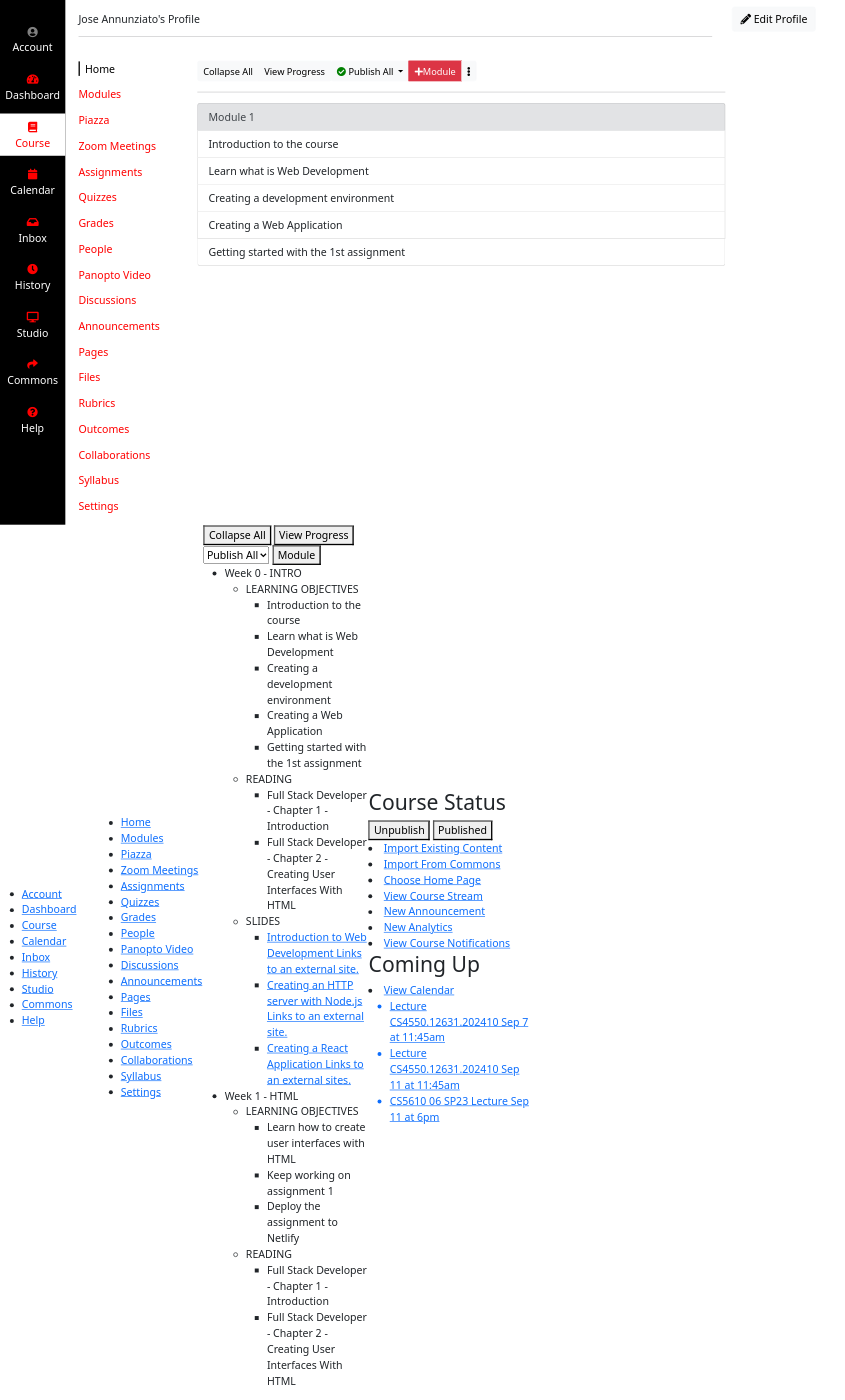
Repository: yuqiant/kanbas-react-web-app
Page: public/kanbas/home.html
An editor plug-in stored every save of this project. The page is shown before and after the next save, followed by the edit.
The browser window is 1280 px wide. The pictures show the whole page, at 66% of full size.

Above is the page before, as saved 2023-10-04 20:49:07.

### public/kanbas/home.html
<!DOCTYPE html>
<html lang="en">

<head>
    <meta charset="UTF-8">
    <meta name="viewport" content="width=device-width, initial-scale=1.0">
    <title>Flexbox Layout</title>
    <link rel="stylesheet" href="../vendors/fontawesome/css/all.min.css">
    <link rel="stylesheet" href="../vendors/bootstrap/css/bootstrap.min.css" />
    <link href="course/courseNavigation.css" rel="stylesheet" />
</head>

<body>
    <div class="flex-container">
        <div class="left-column">

            <ul>
                <li><i class="fa fa-user-circle fa-inverse" style="color: grey;"></i><a
                        href="../account/account.html">Account</a> </li>
                <li><i class="fas fa-tachometer-alt" style="color: red;"></i><a href="#">Dashboard</a></li>
                <li class="active"><i class="fas fa-book" style="color: red;"></i><a href="../coursecol.html"
                        style="color: red;">Course</a>
                </li>
                <li><i class="fas fa-calendar" style="color: red;""></i><a href=" #">Calendar</a></li>
                <li><i class="fas fa-inbox" style="color: red;"></i><a href="#">Inbox</a></li>
                <li><i class="fas fa-clock" style="color: red;"></i><a href="#">History</a></li>
                <li><i class="fas fa-desktop" style="color: red;"></i><a href="#">Studio</a></li>
                <li><i class="fas fa-share" style="color: red;"></i><a href="#">Commons</a></li>
                <li><i class="fas fa-question-circle" style="color: red;"></i><a href="#">Help</a></li>
            </ul>

        </div>
        <div class="right-column">

            <div class="right-top">
                <h6>Jose Annunziato's Profile</h6>
                <hr />


            </div>
            <div class="right-bottom">


                <div class="right-bottom-item1">


                    <ul>
                        <li class="active"><a href="home.html" style="color: black;">Home</a></li>
                        <li><a href="#">Modules</a></li>
                        <li><a href="#">Piazza</a></li>
                        <li><a href="#">Zoom Meetings</a></li>
                        <li><a href="assignment/index.html">Assignments</a></li>
                        <li><a href="#">Quizzes</a></li>
                        <li><a href="grades.html">Grades</a></li>
                        <li><a href="#">People</a></li>
                        <li><a href="#">Panopto Video</a></li>
                        <li><a href="#">Discussions</a></li>
                        <li><a href="#">Announcements</a></li>
                        <li><a href="#">Pages</a></li>
                        <li><a href="#">Files</a></li>
                        <li><a href="#">Rubrics</a></li>
                        <li><a href="#">Outcomes</a></li>
                        <li><a href="#">Collaborations</a></li>
                        <li><a href="#">Syllabus</a></li>
                        <li><a href="coursesetting.html">Settings</a></li>
                    </ul>
                </div>

                <div class="right-bottom-item2">
                    <!-- <button class="btn btn-light btn-sm">Collapse All</button>
                    <button class="btn btn-light btn-sm">View Progress</button>
                    <div class="dropdown">
                        <button class="btn btn-light btn-sm dropdown-toggle" type="button" data-bs-toggle="dropdown"
                            aria-expanded="false">
                            Dropdown button
                        </button>
                        <ul class="dropdown-menu">
                            <li><a class="dropdown-item" href="#">Action</a></li>
                            <li><a class="dropdown-item" href="#">Another action</a></li>
                            <li><a class="dropdown-item" href="#">Something else here</a></li>
                        </ul>
                    </div>
                    <button class="btn btn-danger btn-sm">Module</button> -->

                    <div class="btn-group" style="margin-right: -5px;">
                        <button class="btn btn-light btn-sm">Collapse All</button>
                        <button class="btn btn-light btn-sm">View Progress</button>

                        <div class="dropdown">
                            <button class="btn btn-light btn-sm dropdown-toggle" type="button" data-bs-toggle="dropdown"
                                aria-expanded="false"><i class="fa fa-check-circle" aria-hidden="true"
                                    style="color: green;"></i>
                                Publish All
                            </button>
                            <ul class="dropdown-menu">
                                <li><a class="dropdown-item" href="#">Action</a></li>
                                <li><a class="dropdown-item" href="#">Another action</a></li>
                                <li><a class="dropdown-item" href="#">Something else here</a></li>
                            </ul>
                        </div>
                        <button class="btn btn-danger btn-sm"><i class="fa fa-plus"
                                aria-hidden="true"></i>Module</button>
                        <button class="btn btn-light btn-sm"><i class="fa fa-ellipsis-v"
                                aria-hidden="true"></i></button>
                    </div>
                    <hr />


                    <!-- Module 1 -->
                    <div class="list-group mb-4">
                        <a href="#" class="list-group-item list-group-item-secondary">Module 1</a>
                        <a href="#" class="list-group-item">Introduction to the course</a>
                        <a href="#" class="list-group-item">Learn what is Web Development</a>
                        <a href="#" class="list-group-item">Creating a development environment</a>
                        <a href="#" class="list-group-item">Creating a Web Application</a>
                        <a href="#" class="list-group-item">Getting started with the 1st assignment</a>
                    </div>
                </div>


            </div>




        </div>
        <div class="right-bottom-item">
            <form action="edit.html" method="get">
                <button class="btn btn-light"><i class="fas fa-pencil-alt"></i> Edit Profile</button>

            </form>



        </div>
    </div>
    </div>
    </div>
</body>

<body>
    <table>
        <tr>
            <td id="firstColumn" style="width: 150px;">
                <ul>
                    <li><a href="account/account.html">Account</a></li>
                    <li><a href="#">Dashboard</a></li>
                    <li><a href="coursecol.html">Course</a></li>
                    <li><a href="#">Calendar</a></li>
                    <li><a href="#">Inbox</a></li>
                    <li><a href="#">History</a></li>
                    <li><a href="#">Studio</a></li>
                    <li><a href="#">Commons</a></li>
                    <li><a href="#">Help</a></li>
                </ul>
            </td>
            <td id="secondColumn" style="width: 150px;">
                <ul>
                    <li><a href="home.html">Home</a></li>
                    <li><a href="#">Modules</a></li>
                    <li><a href="#">Piazza</a></li>
                    <li><a href="#">Zoom Meetings</a></li>
                    <li><a href="assignment/index.html">Assignments</a></li>
                    <li><a href="#">Quizzes</a></li>
                    <li><a href="grades.html">Grades</a></li>
                    <li><a href="#">People</a></li>
                    <li><a href="#">Panopto Video</a></li>
                    <li><a href="#">Discussions</a></li>
                    <li><a href="#">Announcements</a></li>
                    <li><a href="#">Pages</a></li>
                    <li><a href="#">Files</a></li>
                    <li><a href="#">Rubrics</a></li>
                    <li><a href="#">Outcomes</a></li>
                    <li><a href="#">Collaborations</a></li>
                    <li><a href="#">Syllabus</a></li>
                    <li><a href="coursesetting.html">Settings</a></li>
                </ul>
            </td>
            <td id="thirdColumn" style="width: 250px;">
                <button type="button">Collapse All</button>
                <button type="button">View Progress</button>

                <select id="select-one">
                    <option value="ALL">Publish All</option>

                </select>
                <button type="button">Module</button>


                <ul>
                    <li>Week 0 - INTRO
                        <ul>
                            <li>LEARNING OBJECTIVES
                                <ul>
                                    <li>Introduction to the course</li>
                                    <li>Learn what is Web Development</li>
                                    <li>Creating a development environment</li>
                                    <li>Creating a Web Application</li>
                                    <li>Getting started with the 1st assignment</li>
                                </ul>
                            </li>
                            <li>READING
                                <ul>
                                    <li>Full Stack Developer - Chapter 1 - Introduction</li>
                                    <li>Full Stack Developer - Chapter 2 - Creating User Interfaces With HTML</li>
                                </ul>
                            </li>
                            <li>SLIDES
                                <ul>
                                    <li><a href="#">Introduction to Web Development Links to an external site.</a></li>
                                    <li><a href="#">Creating an HTTP server with Node.js Links to an external site.</a>
                                    </li>
                                    <li><a href="#">Creating a React Application Links to an external sites.</a></li>
                                </ul>
                            </li>
                        </ul>
                    </li>

                    <li>Week 1 - HTML
                        <ul>
                            <li>LEARNING OBJECTIVES
                                <ul>
                                    <li>Learn how to create user interfaces with HTML</li>
                                    <li>Keep working on assignment 1</li>
                                    <li>Deploy the assignment to Netlify</li>
                                </ul>
                            </li>
                            <li>READING
                                <ul>
                                    <li>Full Stack Developer - Chapter 1 - Introduction</li>
                                    <li>Full Stack Developer - Chapter 2 - Creating User Interfaces With HTML</li>
                                </ul>
                            </li>

                        </ul>

                    </li>




            </td>
            <td id="fourthColumn" style="width: 250px;">


                <h2>Course Status</h2>
                <button type="button">Unpublish</button>
                <button type="button">Published</button>
                <li><a href="#">Import Existing Content</li>
                <li><a href="#">Import From Commons</li>
                <li><a href="#">Choose Home Page</li>
                <li><a href="#">View Course Stream</li>
                <li><a href="#">New Announcement</li>
                <li><a href="#">New Analytics</li>
                <li><a href="#">View Course Notifications</a></li>


                <h2>Coming Up</h2>
                <li><a href="#">View Calendar
                        <ul>
                            <li>Lecture CS4550.12631.202410 Sep 7 at 11:45am</li>
                            <li>Lecture CS4550.12631.202410 Sep 11 at 11:45am</li>
                            <li>CS5610 06 SP23 Lecture Sep 11 at 6pm</li>
                        </ul>
                </li>



            </td>
        </tr>
    </table>

</body>

</html>

### public/kanbas/course/courseNavigation.css
.flex-container {
    display: flex;
    height: 100%;
}

/* 左边列 */
.left-column {
    /* flex: 1; */
    /* 占据可用空间的一部分 */
    /* padding: 20px; */
    width: 0 0 80px;
    /* Adjust sidebar width as needed (between 75 and 85 pixels) */
    background-color: black;
    color: white;
    text-align: center;
    padding-top: 20px;
}

.left-column ul {
    list-style-type: none;
    padding: 0;
}

.left-column li {
    margin: 8px 0;
    /* Adjust margin between links as needed (between 5 and 10 pixels) */
    padding: 8px;
    /* Adjust padding around links as needed (between 5 and 10 pixels) */
}

.left-column li.active {
    color: red;
    background-color: white;


}



.left-column a {
    color: white;
    text-decoration: none;
    display: block;
}

.right-column {

    flex: 2;
    /* 占据可用空间的两部分 */
    display: flex;
    flex-direction: column;
    /* 垂直方向排列 */
}

/* 右上部分 */
.right-top {
    padding: 20px;
}

/* 右下部分分为三竖着的部分 */
.right-bottom {
    display: flex;
    flex-direction: row;
    /* 垂直方向排列 */
    flex: 1;
    /* 均分可用空间 */
}

/* 每个竖着的部分 */
.right-bottom-item {
    flex: 1;
    /* 均分可用空间 */
    padding: 10px;
}

.right-bottom-item1 {
    width: 200px;

    /* padding: 10px; */
    border-left: 25px
}

.right-bottom-item1 a {
    color: red;
    text-decoration: none;

}


.right-bottom-item1 ul {
    list-style: none;
    padding: 0;
}

.right-bottom-item1 li {
    margin-bottom: 15px;
    padding-left: 20px;
}

.right-bottom-item1 li.active a {
    color: black;
    padding-left: 8px;

    /* padding-right: 10px; */

    border-left: 2px solid black;
}


.right-bottom-item2 {
    width: 800px;

    /* padding: 10px; */
    border-left: 25px;
    /* flex-direction: column; */
}

Loaded but not shown: public/vendors/fontawesome/css/all.min.css (library); public/vendors/bootstrap/css/bootstrap.min.css (library)

After the next save:
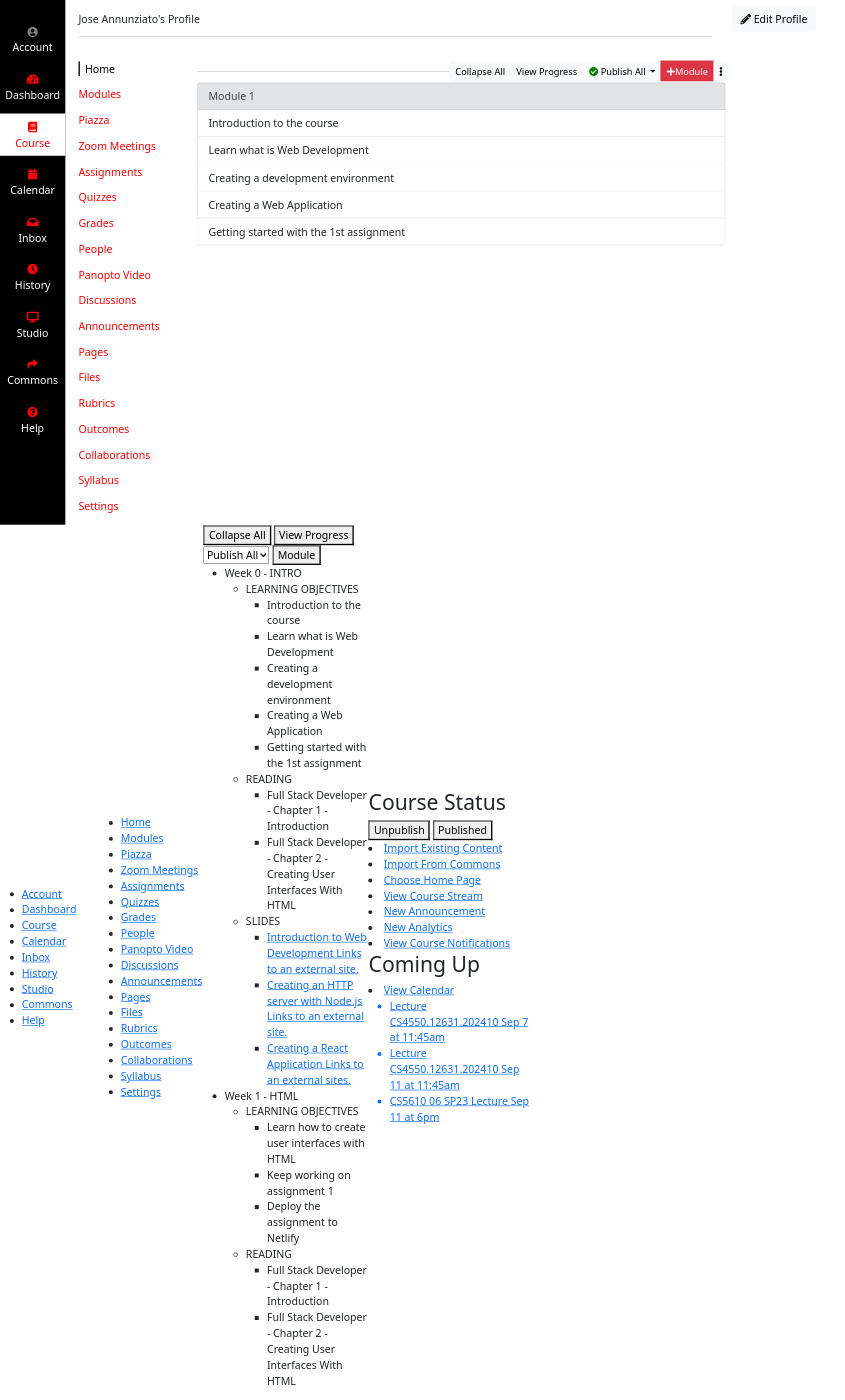
Saved 75 s later.
--- a/public/kanbas/home.html
+++ b/public/kanbas/home.html
@@ -81,27 +81,28 @@
                         </ul>
                     </div>
                     <button class="btn btn-danger btn-sm">Module</button> -->
-
-                    <div class="btn-group" style="margin-right: -5px;">
-                        <button class="btn btn-light btn-sm">Collapse All</button>
-                        <button class="btn btn-light btn-sm">View Progress</button>
-
-                        <div class="dropdown">
-                            <button class="btn btn-light btn-sm dropdown-toggle" type="button" data-bs-toggle="dropdown"
-                                aria-expanded="false"><i class="fa fa-check-circle" aria-hidden="true"
-                                    style="color: green;"></i>
-                                Publish All
-                            </button>
-                            <ul class="dropdown-menu">
-                                <li><a class="dropdown-item" href="#">Action</a></li>
-                                <li><a class="dropdown-item" href="#">Another action</a></li>
-                                <li><a class="dropdown-item" href="#">Something else here</a></li>
-                            </ul>
+                    <div class="float-sm-end">
+                        <div class="btn-group" style="margin-right: -5px;">
+                            <button class="btn btn-light btn-sm">Collapse All</button>
+                            <button class="btn btn-light btn-sm">View Progress</button>
+
+                            <div class="dropdown">
+                                <button class="btn btn-light btn-sm dropdown-toggle" type="button"
+                                    data-bs-toggle="dropdown" aria-expanded="false"><i class="fa fa-check-circle"
+                                        aria-hidden="true" style="color: green;"></i>
+                                    Publish All
+                                </button>
+                                <ul class="dropdown-menu">
+                                    <li><a class="dropdown-item" href="#">Action</a></li>
+                                    <li><a class="dropdown-item" href="#">Another action</a></li>
+                                    <li><a class="dropdown-item" href="#">Something else here</a></li>
+                                </ul>
+                            </div>
+                            <button class="btn btn-danger btn-sm"><i class="fa fa-plus"
+                                    aria-hidden="true"></i>Module</button>
+                            <button class="btn btn-light btn-sm"><i class="fa fa-ellipsis-v"
+                                    aria-hidden="true"></i></button>
                         </div>
-                        <button class="btn btn-danger btn-sm"><i class="fa fa-plus"
-                                aria-hidden="true"></i>Module</button>
-                        <button class="btn btn-light btn-sm"><i class="fa fa-ellipsis-v"
-                                aria-hidden="true"></i></button>
                     </div>
                     <hr />
 
